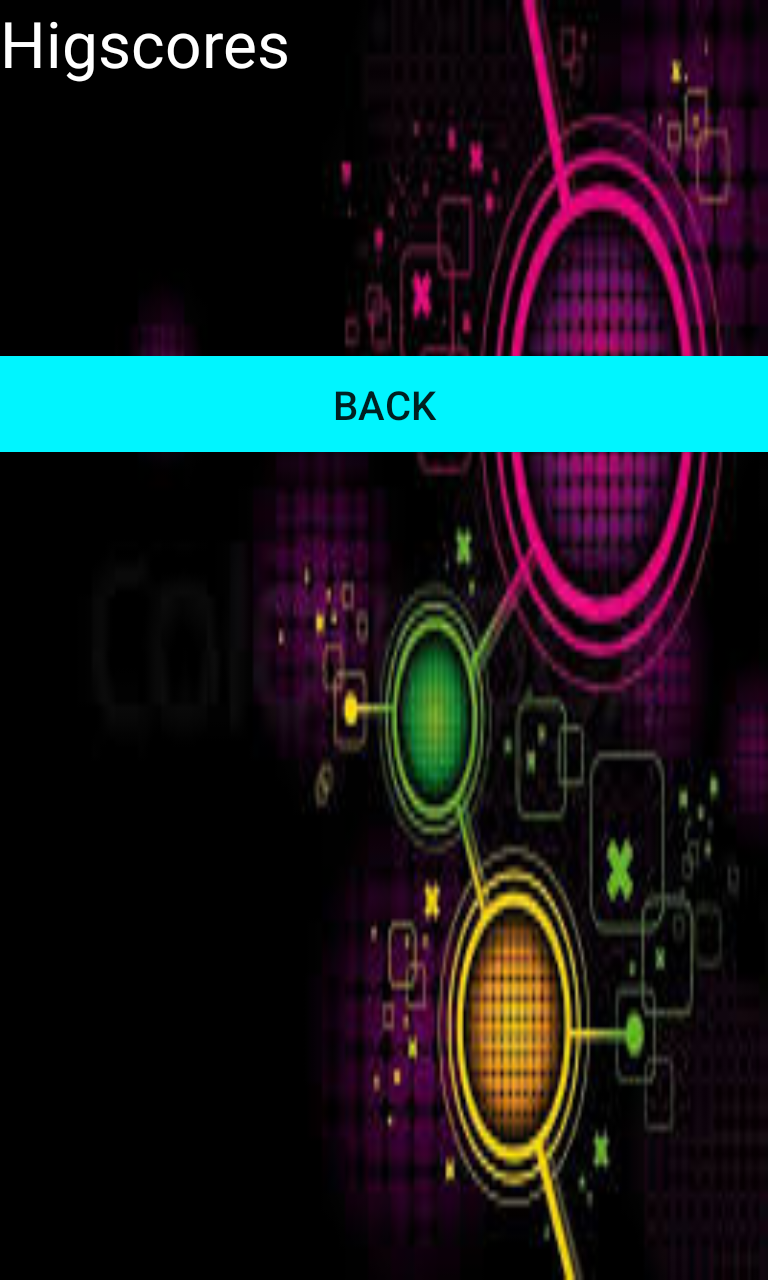
Repository: RedJaVa68/DirectionRunner
Layout: DirectionRunner/res/layout/stats_activity.xml
The author's editor kept a copy of each file at every save. The layout is drawn from the files as they stood at one save, then again after the next save.
It is drawn on a 768 x 1280 px phone screen (xhdpi) without system bars, with theme AppTheme; the app's code is not run.

Above is the layout before, as saved 2015-05-07 15:59:01.

After the next save:
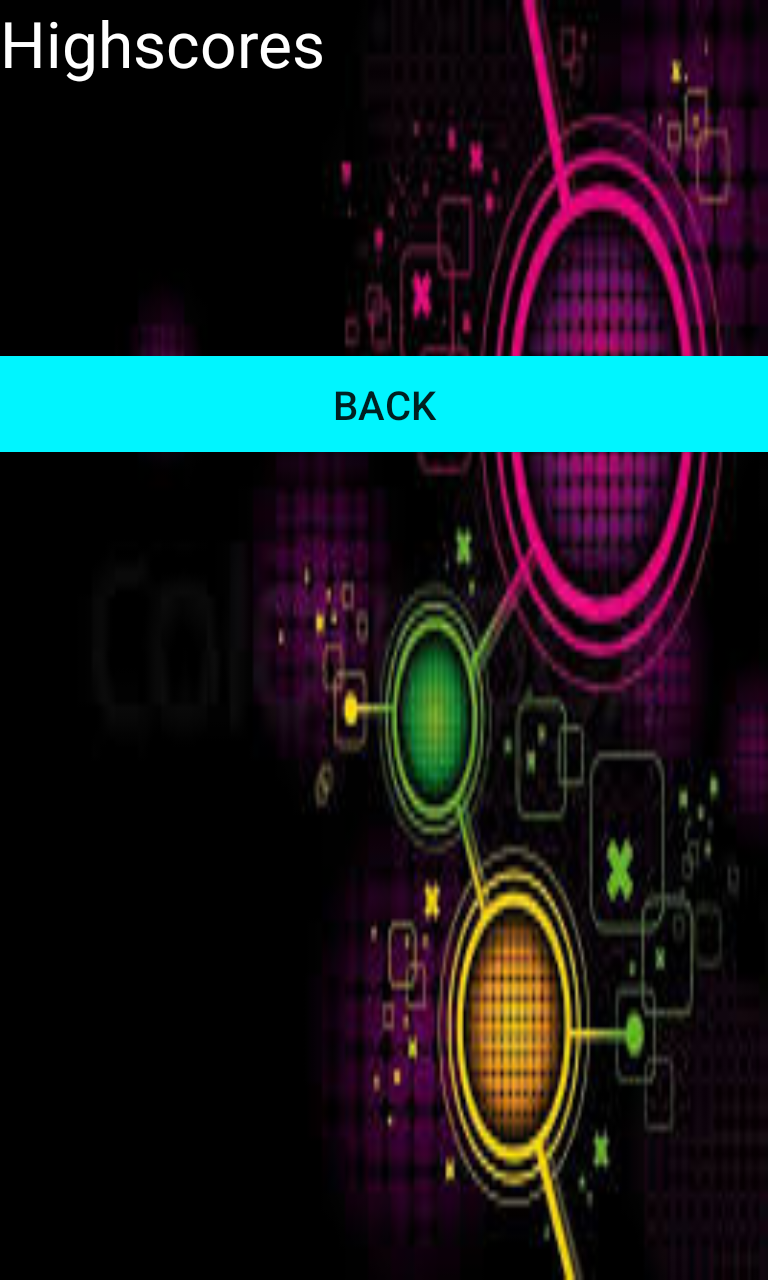
Saved 2 min 12 s later.
--- a/DirectionRunner/res/layout/stats_activity.xml
+++ b/DirectionRunner/res/layout/stats_activity.xml
@@ -9,7 +9,7 @@
     <TextView
         android:layout_width="fill_parent"
         android:layout_height="wrap_content"
-        android:text="Higscores"
+        android:text="Highscores"
         android:textSize="32sp"
         android:textColor="#ffffff"
         />
